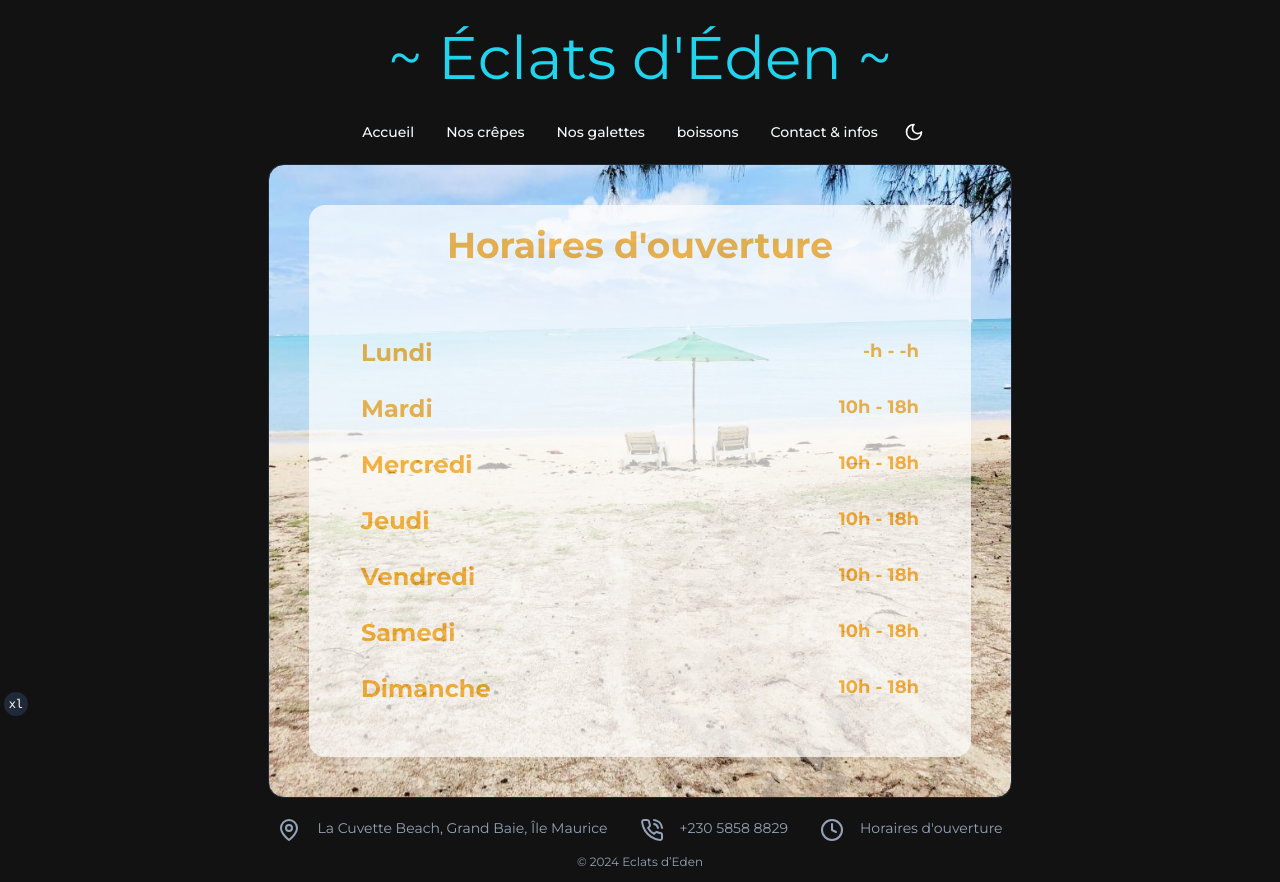
Repository: jeffMauritius/eclats-deden
Page: /schedule
These files come from the project's save history. The page is drawn as it stood at one moment and after the next save; the edit follows.
The browser window is 1280 px wide. The pictures show the whole page.
The project was rebuilt for these pictures with package versions that can differ from the ones it lists, and the page was loaded fresh each time. The framework's server and built-in components were replaced by stand-ins that run in the browser. Also part of the build but not shown: next.config.mjs.

Above is the page before, as saved 2024-09-22 21:38:10.

### app/layout.tsx
// app/layout.
import { Header } from "@/components/layout/Header"
import { TailwindIndicator } from "@/components/TailwindIndicator"
import { SiteConfig } from "@/lib/config"
import { Montserrat } from "next/font/google"
import { cn } from "@/lib/utils"
import type { Metadata } from "next"
import { PropsWithChildren } from "react"
import { Providers } from "./Providers"
import "./globals.css"
import { Title } from "@/components/layout/Title"
import { Footer } from "@/components/layout/Footer"

const montserratFont = Montserrat({
  weight: ["300", "400", "500", "700"],
  subsets: ["latin"],
  display: "swap",
  fallback: ["Arial", "sans-serif"],
})

export const metadata: Metadata = {
  title: SiteConfig.title,
  description: SiteConfig.description,
}

export default function RootLayout({ children }: PropsWithChildren) {
  return (
    <html
      lang="en"
      className={`${montserratFont.className} h-full`}
      suppressHydrationWarning
    >
      <head />

      <body
        className={cn(`flex flex-col h-screen bg-background antialiased p-5`)}
      >
        <Providers>
          <div className="relative flex flex-col">
            <Title title="Éclats d'Éden" />
            <div>
              <Header />
            </div>
            {children}
            <div className="mt-5 md:col-span-3">
              <Footer />
            </div>
          </div>
          <TailwindIndicator />
        </Providers>
      </body>
    </html>
  )
}

### app/schedule/page.tsx
import NavigationMenuMobileComponent from "@/components/layout/NavigationMenuMobile"
import ScheduleComponent from "@/components/scheduleComponent"

const SchedulePage = () => {
  return (
    <div>
      <NavigationMenuMobileComponent />
      <div className="flex justify-center">
        <div className="m-auto  rounded-2xl border bg-[url('/plage3.jpg')] bg-cover md:w-3/5 ">
          <div className="m-10 h-full rounded-2xl  bg-white opacity-70 ">
            <h1 className="p-5 text-center font-display text-4xl font-bold text-amber-500">
              {"Horaires d'ouverture"}
            </h1>
            <ScheduleComponent />
          </div>
        </div>
      </div>
    </div>
  )
}

export default SchedulePage

### src/components/layout/Header.tsx
"use client"

import { ThemeToggle } from "../ThemeToggle"
import NavigationMenuComponent from "./NavigationMenu"

export function Header() {
  return (
    <header className=" z-30 w-full">
      <div className=" container flex  flex-col  items-center space-x-4 pt-3 sm:justify-between sm:space-x-0">
        <div className="flex flex-auto justify-center py-3">
          <NavigationMenuComponent />
          <ThemeToggle />
        </div>
      </div>
    </header>
  )
}

### src/lib/config.ts
export const SiteConfig = {
  title: "Camille snack",
  description: "La Cuvette Beach, Grand Baie, Île Maurice",
} as const

### app/Providers.tsx
"use client"

import { SessionProvider } from "next-auth/react"
import { ThemeProvider } from "next-themes"
import { PropsWithChildren } from "react"
import { Toaster } from "react-hot-toast"

export const Providers = ({ children }: PropsWithChildren) => {
  return (
    <>
      <ThemeProvider attribute="class" defaultTheme="dark" enableSystem>
        <Toaster />
        <SessionProvider>{children}</SessionProvider>
      </ThemeProvider>
    </>
  )
}

### app/globals.css

@tailwind base;
  @tailwind components;
  @tailwind utilities;

  @layer base {
    :root {
      --background: 0 0% 100%;
      --foreground: 222.2 84% 4.9%;

      --card: 0 0% 100%;
      --card-foreground: 222.2 84% 4.9%;

      --popover: 0 0% 100%;
      --popover-foreground: 222.2 84% 4.9%;

      --primary: 222.2 47.4% 11.2%;
      --primary-foreground: 210 40% 98%;

      --secondary: 210 40% 96.1%;
      --secondary-foreground: 222.2 47.4% 11.2%;

      --muted: 210 40% 96.1%;
      --muted-foreground: 215.4 16.3% 46.9%;

      --accent: 210 40% 96.1%;
      --accent-foreground: 222.2 47.4% 11.2%;

      --destructive: 0 84.2% 60.2%;
      --destructive-foreground: 210 40% 98%;

      --border: 214.3 31.8% 91.4%;
      --input: 214.3 31.8% 91.4%;
      --ring: 222.2 84% 4.9%;

      --radius: 0.5rem;
    }

    .dark {
      --background: rgb(10, 11, 10);
      --foreground: 210 40% 98%;

      --card: rgb(10, 11, 10);
      --card-foreground: 210 40% 98%;

      --popover: 222.2 84% 4.9%;
      --popover-foreground: 210 40% 98%;

      --primary: 210 40% 98%;
      --primary-foreground: 222.2 47.4% 11.2%;

      --secondary: 217.2 32.6% 17.5%;
      --secondary-foreground: 210 40% 98%;

      --muted: 217.2 32.6% 17.5%;
      --muted-foreground: 215 20.2% 65.1%;

      --accent: 217.2 32.6% 17.5%;
      --accent-foreground: 210 40% 98%;

      --destructive: 0 62.8% 30.6%;
      --destructive-foreground: 210 40% 98%;

      --border: 217.2 32.6% 17.5%;
      --input: 217.2 32.6% 17.5%;
      --ring: 212.7 26.8% 83.9%;
    }
  }

  @layer base {
    * {
      @apply border-border;
    }
    body {
      @apply bg-background text-foreground;
    }
  }

### src/components/layout/Title.tsx
interface TitleProps {
  title: string
}

export function Title({ title }: TitleProps) {
  return (
    <div className="flex flex-auto justify-center ">
      <h1 className={`pt-2  text-4xl  text-cyan-400 md:text-6xl`}>
        {" "}
        {`~ ${title} ~`}
      </h1>
    </div>
  )
}

### src/components/layout/Footer.tsx
import Link from "next/link"
import { Typography } from "../ui/typography"
import { MapPin } from "lucide-react"
import { PhoneCall } from "lucide-react"
import { Clock } from "lucide-react"

export const Footer = () => {
  return (
    <footer className="w-6/8 z-40 border-card bg-background">
      <div className="m-auto w-full max-w-4xl px-2 ">
        <div className="flex w-full items-center justify-center">
          <div className="flex gap-8 text-sm text-muted-foreground">
            <Link className="flex hover:underline md:gap-4" href="/location">
              <MapPin />
              <p className="hidden md:block">
                La Cuvette Beach, Grand Baie, Île Maurice
              </p>
            </Link>
            <Link className="flex hover:underline md:gap-4" href="/legal/cgv">
              <PhoneCall />
              <p className="hidden md:block">+230 5858 8829</p>
            </Link>
            <Link className="flex hover:underline md:gap-4" href="/schedule">
              <Clock />
              <p className="hidden md:block">{`Horaires d'ouverture`}</p>
            </Link>
          </div>
        </div>
        <div className="flex w-full items-center justify-center py-3">
          <Typography variant="base" className="text-xs text-muted-foreground">
            &copy; {new Date().getFullYear()} Eclats d&rsquo;Eden
          </Typography>
        </div>
      </div>
    </footer>
  )
}

### src/components/layout/NavigationMenuMobile.tsx
"use client"

import {
  NavigationMenu,
  NavigationMenuLink,
  navigationMenuTriggerStyle,
} from "@/components/ui/navigation-menu"
import { navigationDataMobile } from "./navigationData"
import { useClientMediaQuery } from "@/lib/isMobileDevice"

const NavigationMenuMobileComponent = () => {
  const isMobile = useClientMediaQuery("(max-width: 600px)")
  return (
    <NavigationMenu>
      {isMobile &&
        navigationDataMobile.map((item, index) => (
          <NavigationMenuLink
            className={navigationMenuTriggerStyle()}
            key={index}
            href={item.link}
          >
            {item.title}
          </NavigationMenuLink>
        ))}
    </NavigationMenu>
  )
}

export default NavigationMenuMobileComponent

### src/components/scheduleComponent.tsx
import { ScheduleData } from "./data"

type Schedule = {
  id: number
  day: string
  start: number
  end: number
}

const ScheduleComponent = () => {
  return (
    <div>
      <div className="rounded p-5  font-extrabold text-amber-500 md:p-10">
        {ScheduleData.map((schedule: Schedule) => (
          <div
            key={schedule.id}
            className="flex justify-between p-3  font-display text-2xl"
          >
            <div>{schedule.day}</div>
            <div className="font-body text-lg">
              {schedule.start}h - {schedule.end}h
            </div>
          </div>
        ))}
      </div>
    </div>
  )
}

export default ScheduleComponent

### src/components/ThemeToggle.tsx
"use client"

import { Button } from "@/components/ui/button"
import { Moon, Sun } from "lucide-react"
import { useTheme } from "next-themes"

export function ThemeToggle() {
  const { setTheme, theme } = useTheme()

  return (
    <Button
      variant="ghost"
      size="icon"
      onClick={() => setTheme(theme === "light" ? "dark" : "light")}
    >
      <Sun className="h-6 w-[1.3rem] dark:hidden" />
      <Moon className="hidden size-5 dark:block" />
      <span className="sr-only">Toggle theme</span>
    </Button>
  )
}

### src/components/layout/NavigationMenu.tsx
"use client"

import {
  NavigationMenu,
  NavigationMenuLink,
  navigationMenuTriggerStyle,
} from "@/components/ui/navigation-menu"
import { navigationData } from "./navigationData"
import { useClientMediaQuery } from "@/lib/isMobileDevice"

const NavigationMenuComponent = () => {
  const isMobile = useClientMediaQuery("(max-width: 600px)")
  return (
    <NavigationMenu>
      {!isMobile &&
        navigationData.map((item, index) => (
          <NavigationMenuLink
            className={navigationMenuTriggerStyle()}
            key={index}
            href={item.link}
          >
            {item.title}
          </NavigationMenuLink>
        ))}
    </NavigationMenu>
  )
}

export default NavigationMenuComponent

### src/components/ui/typography.tsx
// src/components/ui/Typography.
import { VariantProps, cva } from "class-variance-authority"
import type {
  ComponentPropsWithoutRef,
  ElementType,
  PropsWithChildren,
} from "react"
import { cn } from "../../lib/utils"

type PolymorphicAsProp<E extends ElementType> = {
  as?:
    | E
    | React.ComponentType<Omit<ComponentPropsWithoutRef<E>, "as">>
    | React.FunctionComponent<Omit<ComponentPropsWithoutRef<E>, "as">>
}

type PolymorphicProps<E extends ElementType> = PropsWithChildren<
  Omit<ComponentPropsWithoutRef<E>, "as"> & PolymorphicAsProp<E>
>

const typographyVariants = cva("", {
  variants: {
    variant: {
      h1: "font-caption scroll-m-20 text-4xl font-extrabold tracking-tight lg:text-5xl",
      h2: "font-caption scroll-m-20 border-b pb-2 text-3xl font-semibold tracking-tight transition-colors first:mt-0",
      h3: "font-caption scroll-m-20 text-xl font-semibold tracking-tight",
      p: "leading-7 [&:not(:first-child)]:mt-6",
      base: "",
      quote: "mt-6 border-l-2 pl-6 italic",
      code: "relative rounded bg-muted px-[0.3rem] py-[0.2rem] font-mono text-sm font-semibold",
      lead: "text-xl text-muted-foreground",
      large: "text-lg font-semibold",
      small: "text-sm font-medium leading-none",
      muted: "text-sm text-muted-foreground",
      link: "font-medium text-indigo-500 hover:underline",
    },
  },
  defaultVariants: {
    variant: "base",
  },
})
type TypographyCvaProps = VariantProps<typeof typographyVariants>

const defaultElement = "p"

const defaultElementMapping: Record<
  NonNullable<TypographyCvaProps["variant"]>,
  ElementType
> = {
  h1: "h1",
  h2: "h2",
  h3: "h3",
  p: "p",
  quote: "blockquote" as "p",
  code: "code",
  lead: "p",
  large: "p",
  small: "p",
  muted: "p",
  link: "a",
  base: "p",
} as const

const getDefaultElement = (variant: TypographyCvaProps["variant"]) => {}

export function Typography<E extends ElementType = typeof defaultElement>({
  as,
  children,
  className,
  variant,
  ...restProps
}: PolymorphicProps<E> & TypographyCvaProps) {
  const Component: ElementType =
    as ?? defaultElementMapping[variant ?? "base"] ?? defaultElement

  return (
    <Component
      {...(restProps as ComponentPropsWithoutRef<E>)}
      className={cn(typographyVariants({ variant }), className)}
    >
      {children}
    </Component>
  )
}

### src/components/ui/navigation-menu.tsx
import * as React from "react"
import * as NavigationMenuPrimitive from "@radix-ui/react-navigation-menu"
import { cva } from "class-variance-authority"
import { ChevronDown } from "lucide-react"

import { cn } from "@/lib/utils"

const NavigationMenu = React.forwardRef<
  React.ElementRef<typeof NavigationMenuPrimitive.Root>,
  React.ComponentPropsWithoutRef<typeof NavigationMenuPrimitive.Root>
>(({ className, children, ...props }, ref) => (
  <NavigationMenuPrimitive.Root
    ref={ref}
    className={cn(
      "relative z-10 flex max-w-max flex-1 items-center justify-center",
      className,
    )}
    {...props}
  >
    {children}
    <NavigationMenuViewport />
  </NavigationMenuPrimitive.Root>
))
NavigationMenu.displayName = NavigationMenuPrimitive.Root.displayName

const NavigationMenuList = React.forwardRef<
  React.ElementRef<typeof NavigationMenuPrimitive.List>,
  React.ComponentPropsWithoutRef<typeof NavigationMenuPrimitive.List>
>(({ className, ...props }, ref) => (
  <NavigationMenuPrimitive.List
    ref={ref}
    className={cn(
      "group flex flex-1 list-none items-center justify-center space-x-1",
      className,
    )}
    {...props}
  />
))
NavigationMenuList.displayName = NavigationMenuPrimitive.List.displayName

const NavigationMenuItem = NavigationMenuPrimitive.Item

const navigationMenuTriggerStyle = cva(
  "group inline-flex h-10 w-max items-center justify-center rounded-md bg-background px-4 py-2 text-sm font-medium transition-colors hover:bg-accent hover:text-accent-foreground focus:bg-accent focus:text-accent-foreground focus:outline-none disabled:pointer-events-none disabled:opacity-50 data-[active]:bg-accent/50 data-[state=open]:bg-accent/50",
)

const NavigationMenuTrigger = React.forwardRef<
  React.ElementRef<typeof NavigationMenuPrimitive.Trigger>,
  React.ComponentPropsWithoutRef<typeof NavigationMenuPrimitive.Trigger>
>(({ className, children, ...props }, ref) => (
  <NavigationMenuPrimitive.Trigger
    ref={ref}
    className={cn(navigationMenuTriggerStyle(), "group", className)}
    {...props}
  >
    {children}{" "}
    <ChevronDown
      className="relative top-px ml-1 size-3 transition duration-200 group-data-[state=open]:rotate-180"
      aria-hidden="true"
    />
  </NavigationMenuPrimitive.Trigger>
))
NavigationMenuTrigger.displayName = NavigationMenuPrimitive.Trigger.displayName

const NavigationMenuContent = React.forwardRef<
  React.ElementRef<typeof NavigationMenuPrimitive.Content>,
  React.ComponentPropsWithoutRef<typeof NavigationMenuPrimitive.Content>
>(({ className, ...props }, ref) => (
  <NavigationMenuPrimitive.Content
    ref={ref}
    className={cn(
      "left-0 top-0 w-full data-[motion^=from-]:animate-in data-[motion^=to-]:animate-out data-[motion^=from-]:fade-in data-[motion^=to-]:fade-out data-[motion=from-end]:slide-in-from-right-52 data-[motion=from-start]:slide-in-from-left-52 data-[motion=to-end]:slide-out-to-right-52 data-[motion=to-start]:slide-out-to-left-52 md:absolute md:w-auto ",
      className,
    )}
    {...props}
  />
))
NavigationMenuContent.displayName = NavigationMenuPrimitive.Content.displayName

const NavigationMenuLink = NavigationMenuPrimitive.Link

const NavigationMenuViewport = React.forwardRef<
  React.ElementRef<typeof NavigationMenuPrimitive.Viewport>,
  React.ComponentPropsWithoutRef<typeof NavigationMenuPrimitive.Viewport>
>(({ className, ...props }, ref) => (
  <div className={cn("absolute left-0 top-full flex justify-center")}>
    <NavigationMenuPrimitive.Viewport
      className={cn(
        "origin-top-center relative mt-1.5 h-[var(--radix-navigation-menu-viewport-height)] w-full overflow-hidden rounded-md border bg-popover text-popover-foreground shadow-lg data-[state=open]:animate-in data-[state=closed]:animate-out data-[state=closed]:zoom-out-95 data-[state=open]:zoom-in-90 md:w-[var(--radix-navigation-menu-viewport-width)]",
        className,
      )}
      ref={ref}
      {...props}
    />
  </div>
))
NavigationMenuViewport.displayName =
  NavigationMenuPrimitive.Viewport.displayName

const NavigationMenuIndicator = React.forwardRef<
  React.ElementRef<typeof NavigationMenuPrimitive.Indicator>,
  React.ComponentPropsWithoutRef<typeof NavigationMenuPrimitive.Indicator>
>(({ className, ...props }, ref) => (
  <NavigationMenuPrimitive.Indicator
    ref={ref}
    className={cn(
      "top-full z-[1] flex h-1.5 items-end justify-center overflow-hidden data-[state=visible]:animate-in data-[state=hidden]:animate-out data-[state=hidden]:fade-out data-[state=visible]:fade-in",
      className,
    )}
    {...props}
  >
    <div className="relative top-[60%] size-2 rotate-45 rounded-tl-sm bg-border shadow-md" />
  </NavigationMenuPrimitive.Indicator>
))
NavigationMenuIndicator.displayName =
  NavigationMenuPrimitive.Indicator.displayName

export {
  navigationMenuTriggerStyle,
  NavigationMenu,
  NavigationMenuList,
  NavigationMenuItem,
  NavigationMenuContent,
  NavigationMenuTrigger,
  NavigationMenuLink,
  NavigationMenuIndicator,
  NavigationMenuViewport,
}

### src/components/layout/navigationData.ts
export const navigationData = [
    {
        title: "Accueil",
        link: "/",
    },
    {
        title: "Nos crêpes",
        link: "/crepes",
    },
    {
        title: "Nos galettes",
        link: "/galettes",
    },
    /*
    {
        title: "Snack",
        link: "/snack",
    },
    */
    {
        title: "boissons",
        link: "/boissons",
    },
    {
        title: "Contact & infos",
        link: "/location",
    },

]

export const navigationDataMobile = [
    {
        title: "Accueil",
        link: "/",
    },
    {
        title: "Horaires",
        link: "/schedule",
    },
    {
        title: "infos",
        link: "/location",
    },

]

### src/lib/isMobileDevice.ts
'use client'

import { useEffect, useState } from 'react'

export function useClientMediaQuery(query: string) {
  const [matches, setMatches] = useState(false)

  useEffect(() => {
    const mediaQueryList = window.matchMedia(query)

    const handleMatchChange = (e: MediaQueryListEvent) => {
      setMatches(e.matches)
    }

    mediaQueryList.addEventListener('change', handleMatchChange)
    setMatches(mediaQueryList.matches)

    return () => {
      mediaQueryList.removeEventListener('change', handleMatchChange)
    }
  }, [query])

  return matches
}

### src/components/data.js
export const ScheduleData = [
    {
        id: 1,
        day: "Lundi",
        start: "-",
        end:"-" ,
    },
    {
        id: 2,
        day: "Mardi",
        start: 10,
        end: 18,
    },
    {
        id: 3,
        day: "Mercredi",
        start: 10,
        end: 18,
    },
    {
        id: 4,
        day: "Jeudi",
        start: 10,
        end: 18,
    },
    {
        id: 5,
        day: "Vendredi",
        start: 10,
        end: 18,
    },
    {
        id: 6,
        day: "Samedi",
        start: 10,
        end: 18,
    },
    {
        id: 7,
        day: "Dimanche",
        start: 10,
        end: 18,
    },
    ];

### src/components/ui/button.tsx
import * as React from "react"
import { Slot } from "@radix-ui/react-slot"
import { cva, type VariantProps } from "class-variance-authority"

import { cn } from "@/lib/utils"

const buttonVariants = cva(
  "inline-flex items-center justify-center whitespace-nowrap rounded-md text-sm font-medium ring-offset-background transition-colors focus-visible:outline-none focus-visible:ring-2 focus-visible:ring-ring focus-visible:ring-offset-2 disabled:pointer-events-none disabled:opacity-50",
  {
    variants: {
      variant: {
        default: "bg-primary text-primary-foreground hover:bg-primary/90",
        destructive:
          "bg-destructive text-destructive-foreground hover:bg-destructive/90",
        outline:
          "border border-input bg-background hover:bg-accent hover:text-accent-foreground",
        secondary:
          "bg-secondary text-secondary-foreground hover:bg-secondary/80",
        ghost: "hover:bg-accent hover:text-accent-foreground",
        link: "text-primary underline-offset-4 hover:underline",
      },
      size: {
        default: "h-10 px-4 py-2",
        sm: "h-9 rounded-md px-3",
        lg: "h-11 rounded-md px-8",
        icon: "size-10",
      },
    },
    defaultVariants: {
      variant: "default",
      size: "default",
    },
  },
)

export interface ButtonProps
  extends React.ButtonHTMLAttributes<HTMLButtonElement>,
    VariantProps<typeof buttonVariants> {
  asChild?: boolean
}

const Button = React.forwardRef<HTMLButtonElement, ButtonProps>(
  ({ className, variant, size, asChild = false, ...props }, ref) => {
    const Comp = asChild ? Slot : "button"
    return (
      <Comp
        className={cn(buttonVariants({ variant, size, className }))}
        ref={ref}
        {...props}
      />
    )
  },
)
Button.displayName = "Button"

export { Button, buttonVariants }

Loaded but not shown: src/components/TailwindIndicator.tsx (common file); src/lib/utils.ts (common file); tailwind.config.ts (common file)

After the next save:
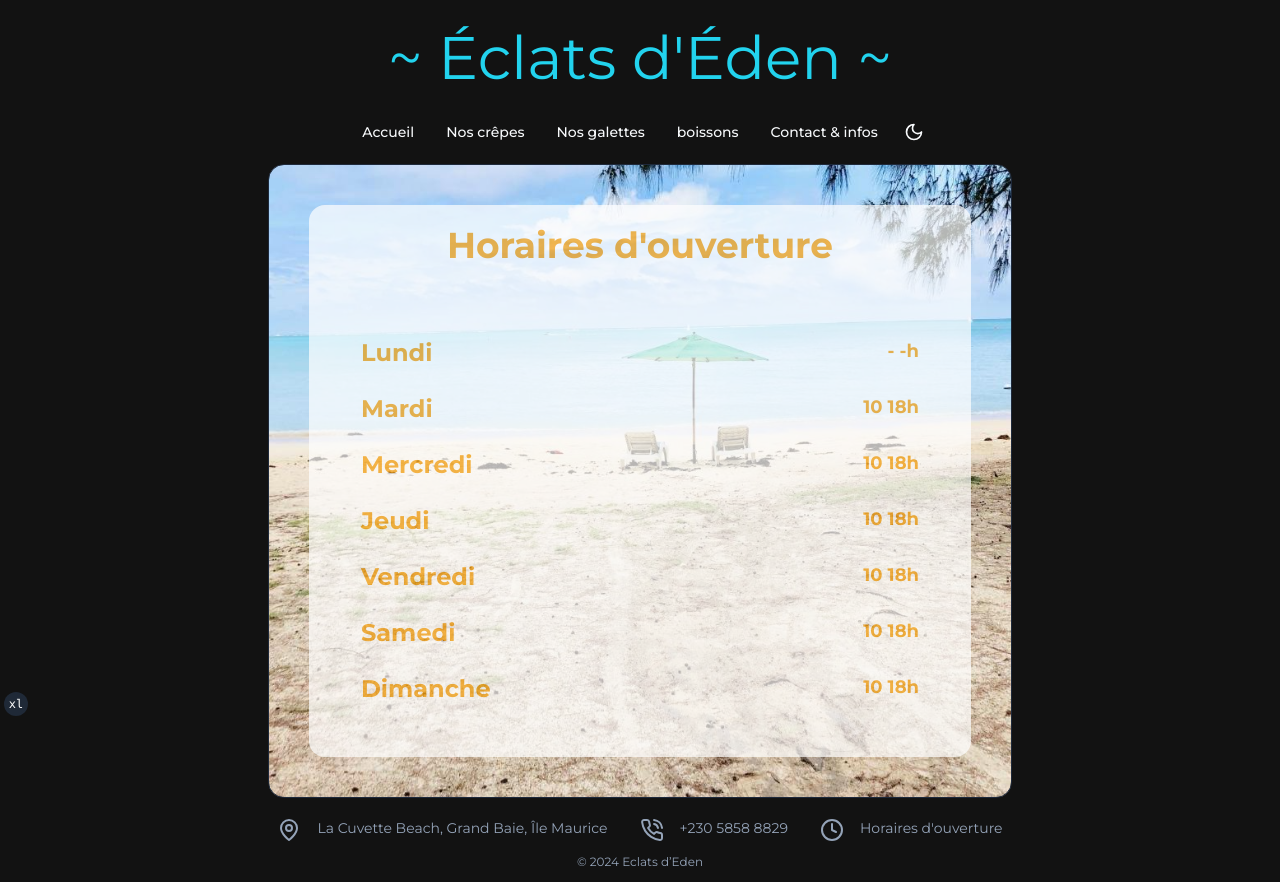
Saved 62 s later.
--- a/src/components/scheduleComponent.tsx
+++ b/src/components/scheduleComponent.tsx
@@ -3,8 +3,8 @@ import { ScheduleData } from "./data"
 type Schedule = {
   id: number
   day: string
-  start: number
-  end: number
+  start: string
+  end: string
 }
 
 const ScheduleComponent = () => {
@@ -14,11 +14,11 @@ const ScheduleComponent = () => {
         {ScheduleData.map((schedule: Schedule) => (
           <div
             key={schedule.id}
-            className="flex justify-between p-3  font-display text-2xl"
+            className="font-display flex justify-between  p-3 text-2xl"
           >
             <div>{schedule.day}</div>
             <div className="font-body text-lg">
-              {schedule.start}h - {schedule.end}h
+              {schedule.start} {schedule.end}h
             </div>
           </div>
         ))}
